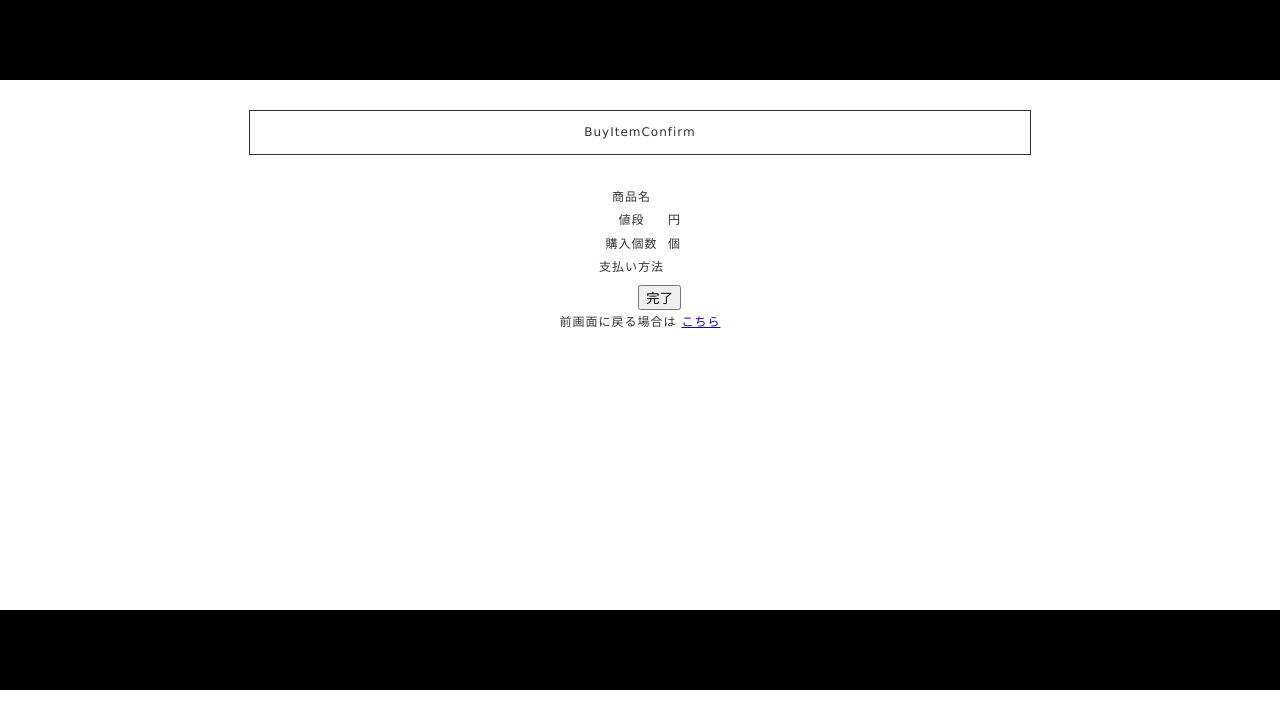
Repository: nyanya02/EC.Login1
Page: http://localhost/template/buyItemConfirm.jsp
The author's editor kept a copy of each file at every save. The page is drawn from the files as they stood at one save, then again after the next save.
The browser window is 1280 px wide. The pictures show the whole page.
The page is served by Tomcat 9. Other server files are loaded and not shown.

Above is the page before, as saved 2018-04-17 12:35:55.

### template/WebContent/buyItemConfirm.jsp
<%@ page language="java" contentType="text/html; charset=UTF-8"
    pageEncoding="UTF-8"%>
<%@ taglib prefix="s" uri="/struts-tags"%>
<!DOCTYPE html>
<html>
<head>
<meta http-equiv="Content-Type" content="text/html; charset=UTF-8">
<meta http-equiv="Content-Style-Type" content="text/css" />
<meta http-equiv="Content-Script-Type" content="text/javascript" />
<meta http-equiv="imagetoolbar" content="no" />
<meta name="description" content="" />
<meta name="keywords" content="" />
<title>buyItemConfirm画面</title>

<style type="text/css">
/* ========TAG LAYOUT======== */
body{
margin:0;
padding:0;
line-height:1.6;
letter-spacing:1px;
font-family:Verdana, Helvetica, sans-serif;
font-size:12px;
color:#333;
background:#fff;
}

table{
text-align:center;
margin:0 auto;
}

/* ========ID LAYOUT======== */
#top{
width:780px;
margin:30px auto;
border:1px solid #333;
}

#header{
width: 100%;
height: 80px;
background-color: black;
}

#main{
width: 100%;
height: 500px;
text-align: center;
}

#footer{
width: 100%;
height: 80px;
background-color: black;
clear:both;
}
</style>
</head>
<body>

	<div id="header">
		<div id="pr"></div>
	</div>
	<div id="main">
		<div id="top">
			<p>BuyItemConfirm</p>
		</div>
		<div>
		<s:form action="BuyItemConfirmAction">
			<table>
				<tr>
					<td>商品名</td>
					<td>
						<s:property value="session.buyItem_name"/>
					</td>
				</tr>
				<tr>
					<td>値段</td>
					<td>
						<s:property value="session.buyItem_price"/>
						<span>円</span>
					</td>
				</tr>
				<tr>
					<td>購入個数</td>
					<td> <s:property value="session.stock" />
					<span>個</span>
					</td>
				</tr>
				<tr>
					<td>支払い方法</td>
					<td><s:property value="session.pay"/></td>
				</tr>
				<tr>
					<td>
						<s:submit value="完了"/>
					</td>
				</tr>
			</table>
		</s:form>
			<div>
				<span>前画面に戻る場合は</span>
				<a href='<s:url action="HomeAction"/>'>こちら</a>
			</div>
		</div>
	</div>
	<div id="footer">
		<div id="pr"></div>
	</div>

</body>
</html>

After the next save:
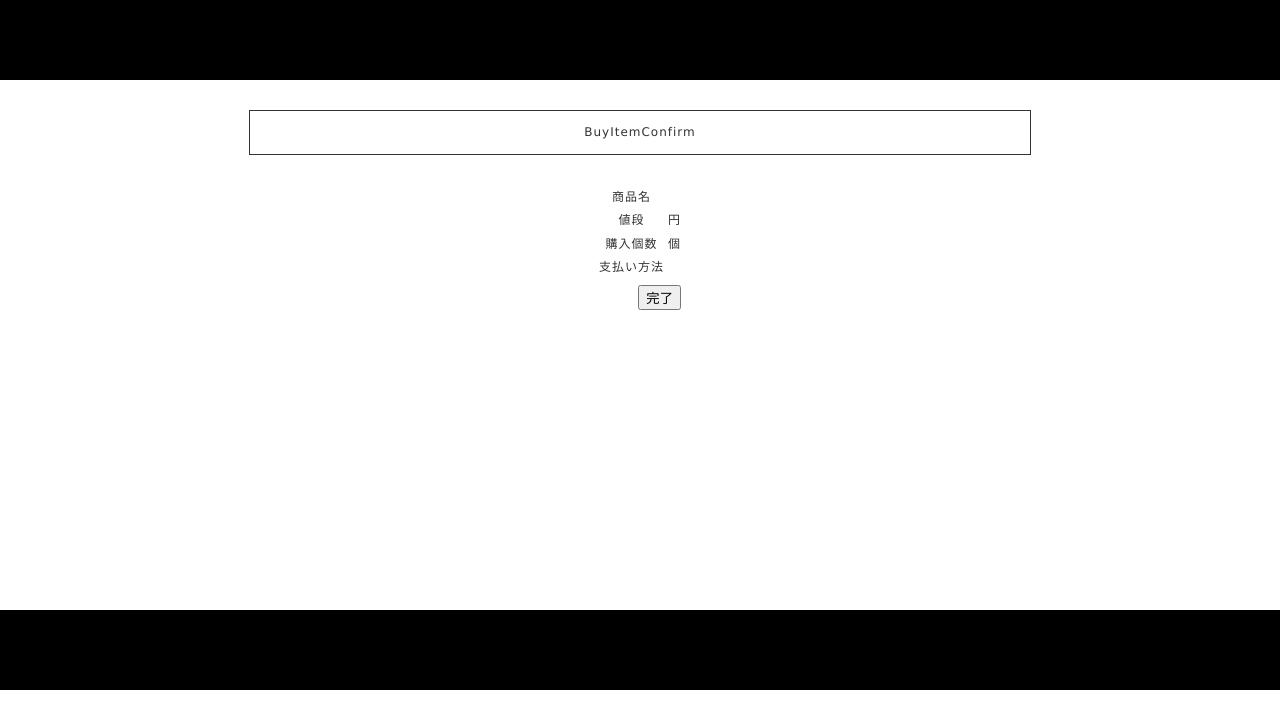
Saved 51 s later.
--- a/template/WebContent/buyItemConfirm.jsp
+++ b/template/WebContent/buyItemConfirm.jsp
@@ -99,10 +99,6 @@ clear:both;
 				</tr>
 			</table>
 		</s:form>
-			<div>
-				<span>前画面に戻る場合は</span>
-				<a href='<s:url action="HomeAction"/>'>こちら</a>
-			</div>
 		</div>
 	</div>
 	<div id="footer">
